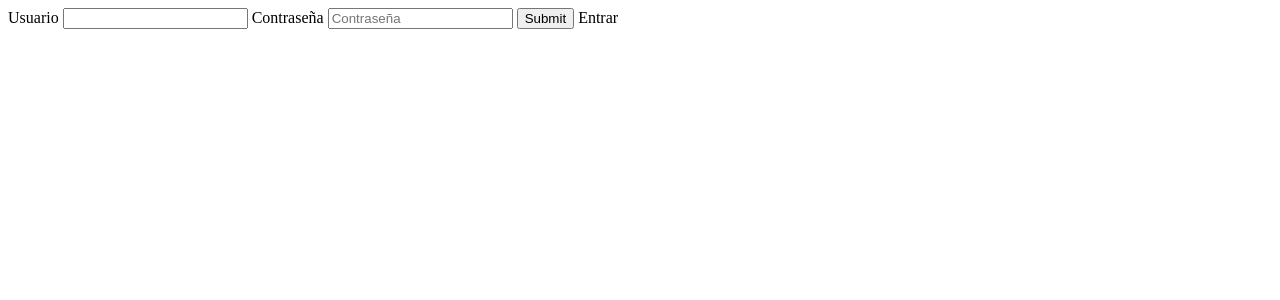
Repository: oskiman18/TP-Final
Page: http://localhost/Tp_integrador_grupo_2/home.jsp
These files come from the project's save history. The page is drawn as it stood at one moment and after the next save; the edit follows.
The browser window is 1280 px wide. The pictures show the whole page.
The page is served by Tomcat 9.

Above is the page before, as saved 2021-06-23 15:42:30.

### Tp_integrador_grupo_2/src/main/webapp/home.jsp
<%@ page language="java" contentType="text/html; charset=ISO-8859-1"
    pageEncoding="ISO-8859-1"%>
<!DOCTYPE html>
<html>
<head>
<meta charset="ISO-8859-1">
<title>Insert title here</title>
</head>
<body>
<form>
	<label for='usuario'>Usuario</label>
	<input name='usuario' 'placeholder='usuario'>

	<label for='pass'> Contraseña </label>
	<input name='pass' type='password' placeholder='Contraseña'>

	<input type='submit'> Entrar </input>
</form>
</body>
</html>

After the next save:
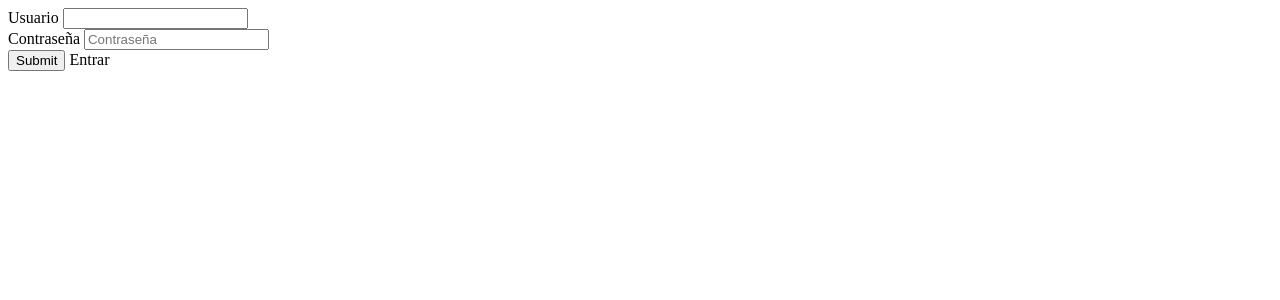
Saved 37 s later.
--- a/Tp_integrador_grupo_2/src/main/webapp/home.jsp
+++ b/Tp_integrador_grupo_2/src/main/webapp/home.jsp
@@ -8,11 +8,15 @@
 </head>
 <body>
 <form>
-	<label for='usuario'>Usuario</label>
-	<input name='usuario' 'placeholder='usuario'>
+	<div>
+		<label for='usuario'>Usuario</label>
+		<input name='usuario' 'placeholder='usuario'>
+	</div>
 
-	<label for='pass'> Contraseña </label>
-	<input name='pass' type='password' placeholder='Contraseña'>
+	<div>
+		<label for='pass'> Contraseña </label>
+		<input name='pass' type='password' placeholder='Contraseña'>
+	</div>
 
 	<input type='submit'> Entrar </input>
 </form>
